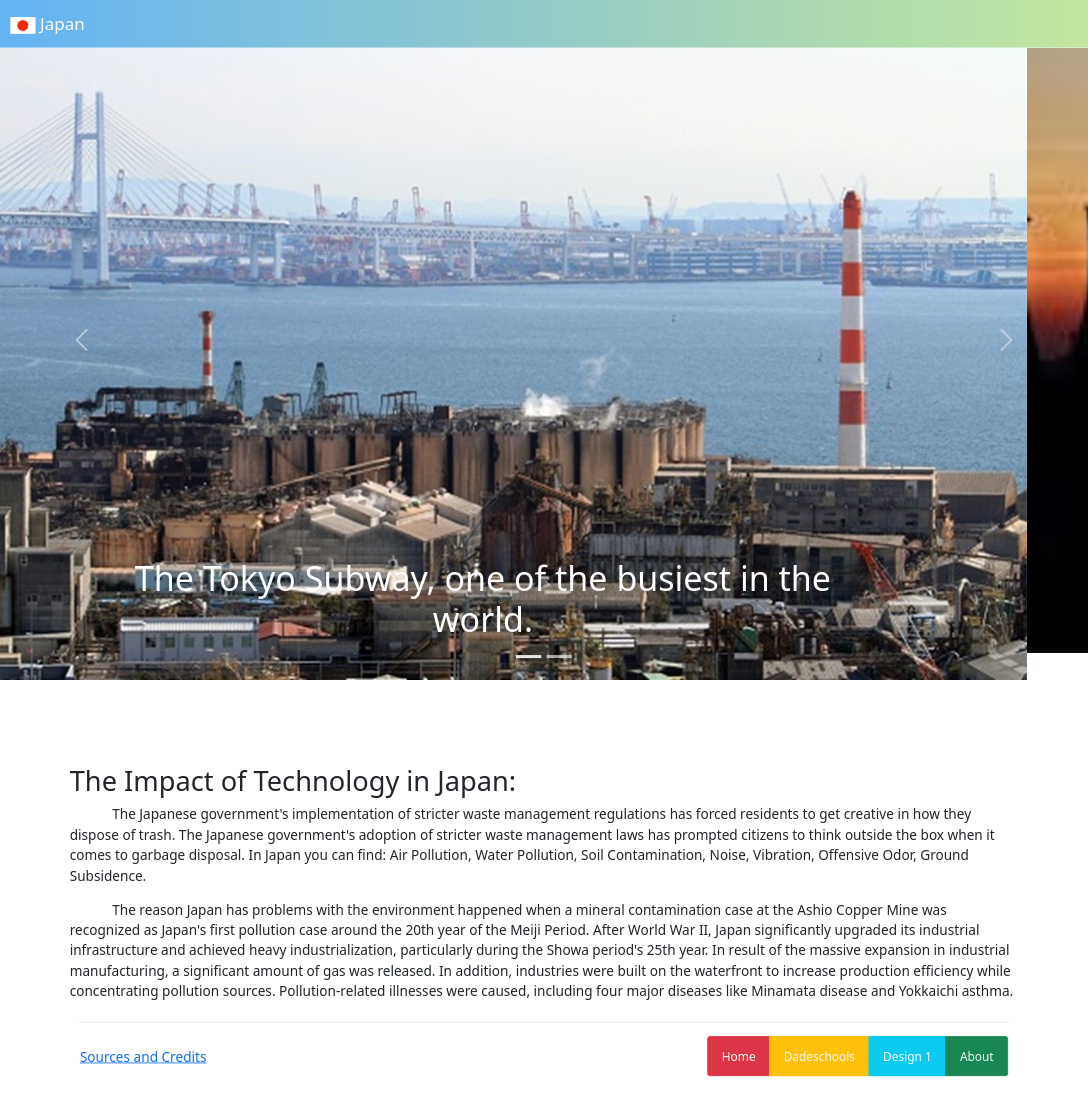
Repository: mrchilliballs/mrchilliballs.github.io
Page: untitled-2.html
These files come from the project's save history. The page is drawn as it stood at one moment and after the next save; the edit follows.
The browser window is 1280 px wide. The pictures show the whole page, at 85% of full size.

Above is the page before, as saved 2021-09-02 18:50:56.

### untitled-2.html
<!DOCTYPE html>
<html lang="en">
<head>
    <meta charset="UTF-8">
    <meta http-equiv="X-UA-Compatible" content="IE=edge">
    <!-- CSS only -->
<link href="https://cdn.jsdelivr.net/npm/bootstrap@5.1.0/dist/css/bootstrap.min.css" rel="stylesheet" integrity="sha384-KyZXEAg3QhqLMpG8r+8fhAXLRk2vvoC2f3B09zVXn8CA5QIVfZOJ3BCsw2P0p/We" crossorigin="anonymous">
    <meta name="viewport" content="width=device-width, initial-scale=1.0">
    <title>Document</title>
    <style>
@keyframes AnimationName {
    0%{background-position:0% 50%}
    50%{background-position:100% 50%}
    100%{background-position:0% 50%}
}
#navabr {
    animation: AnimationName 1s ease infinite !important;
    background: #c2e59c;  /* fallback for old browsers */
    background: -webkit-linear-gradient(to right, #64b3f4, #c2e59c);  /* Chrome 10-25, Safari 5.1-6 */
    background: linear-gradient(to right, #64b3f4, #c2e59c); /* W3C, IE 10+/ Edge, Firefox 16+, Chrome 26+, Opera 12+, Safari 7+ */
}
    </style>
</head>
<body>
    <nav class="navbar navbar-light bg-light fixed-top" id="navabr">
        <div class="container-fluid">
          <a class="navbar-brand" href="#">
            <img src="japan.gif" alt="" width="30" height="20 class="d-inline-block align-text-top">
            <span class="text-light">Japan</span>
          </a>
        </div>
      </nav>
      <div id="carouselExampleIndicators" class="carousel slide" data-bs-ride="carousel">
        <div class="carousel-indicators">
          <button type="button" data-bs-target="#carouselExampleIndicators" data-bs-slide-to="0" class="active" aria-current="true" aria-label="Slide 1"></button>
          <button type="button" data-bs-target="#carouselExampleIndicators" data-bs-slide-to="1" aria-label="Slide 2"></button>
        </div>
        <div class="carousel-inner">
          <div class="carousel-item active">
            <img src="Picture1.jpg" class="d-block w-100" alt="...">
            <div class="carousel-caption d-none d-md-block">
              <h1>The Tokyo Subway, one of the busiest in the world. </h1>
            </div>
          </div>
          <div class="carousel-item">
            <img src="Picture2.jpg" class="d-block w-100" alt="...">
          </div>
        </div>
        <button class="carousel-control-prev" type="button" data-bs-target="#carouselExampleIndicators" data-bs-slide="prev">
          <span class="carousel-control-prev-icon" aria-hidden="true"></span>
          <span class="visually-hidden">Previous</span>
        </button>
        <button class="carousel-control-next" type="button" data-bs-target="#carouselExampleIndicators" data-bs-slide="next">
          <span class="carousel-control-next-icon" aria-hidden="true"></span>
          <span class="visually-hidden">Next</span>
        </button>
      </div>
    <main class="container">
<h2 style="margin-top: 100px;">The Impact of Technology in Japan:</h2>
	<p style="text-indent: 50px;">The Japanese government's implementation of stricter waste management regulations has forced residents to get creative in how they dispose of trash. The Japanese government's adoption of stricter waste management laws has prompted citizens to think outside the box when it comes to garbage disposal. In Japan you can find: Air Pollution, Water Pollution, Soil Contamination, Noise, Vibration, Offensive Odor, Ground Subsidence.
	<br></p><p style="text-indent: 50px;">The reason Japan has problems with the environment happened when a mineral contamination case at the Ashio Copper Mine was recognized as Japan's first pollution case around the 20th year of the Meiji Period. After World War II, Japan significantly upgraded its industrial infrastructure and achieved heavy industrialization, particularly during the Showa period's 25th year. In result of the massive expansion in industrial manufacturing, a significant amount of gas was released. In addition, industries were built on the waterfront to increase production efficiency while concentrating pollution sources. Pollution-related illnesses were caused, including four major diseases like Minamata disease and Yokkaichi asthma.
    </p>
        <div class="container">
            <footer class="d-flex flex-wrap justify-content-between align-items-center py-3 my-4 border-top" style="">
              <div class="dropdown">
                <a class="" href="#" role="button" id="dropdownMenuLink" data-bs-toggle="dropdown" aria-expanded="false">
                  Sources and Credits
                </a>

                <ul class="dropdown-menu" aria-labelledby="dropdownMenuLink">
                  <li><a class="dropdown-item" href="https://www.world-weather-travellers-guide.com/air-pollution-in-japan.htm">Source 1</a></li>
                  <li><a class="dropdown-item" href="https://www.nytimes.com/1964/12/26/archives/tokyo-troubled-by-air-pollution-emphasis-in-smog-control-is-still.html">Source 2</a></li>
                  <li><a class="dropdown-item" href="https://creativecommons.org/licenses/by-nc/2.0/s">Source 3</a></li>
                  <li><a class="dropdown-item" href="https://encyclopedia.1914-1918 online.net/article/science_and_technology_japan ">Source 4</a></li>
                  <li><a class="dropdown-item" href="https://en.wikipedia.org/wiki/Tokyo">Source 5</a></li>
                  <li><a class="dropdown-item" href="https://en.wikipedia.org/wiki/Meiji_Restoration ">Source 6</a></li>
                </ul>
              </div>
              <a href="/" class="col-md-4 d-flex align-items-center justify-content-center mb-3 mb-md-0 me-md-auto link-dark text-decoration-none">
                <svg class="bi me-2" width="40" height="32"><use xlink:href="#bootstrap"></use></svg>
              </a>

              <ul class="nav col-md-4 justify-content-end">
                <div class="btn-group" role="group" aria-label="Basic mixed styles example">
                    <button type="button" class="btn btn-danger btn-sm"><li class="nav-item"><a href="#" class="nav-link px-2 text-light">Home</a></li></button>
                    <button type="button" class="btn btn-warning btn-sm"><li class="nav-item"><a href="https://www3.dadeschools.net" class="nav-link px-2 text-light">Dadeschools</a></li></button>
                    <button type="button" class="btn btn-info btn-sm"><li class="nav-item"><a href="index.html" class="nav-link px-2 text-light">Design 1</a></li></button>
                    <button type="button" class="btn btn-success btn-sm"><li class="nav-item"><a class="nav-link px-2 text-light" href="#" role="button" id="dropdownMenuLink" data-bs-toggle="dropdown" aria-expanded="false">About</a><ul class="dropdown-menu" aria-labelledby="dropdownMenuLink1">
                      <li class="dropdown-item">We made this website using the program language "HTML". It took us a lot of work and we hope we get a good grade on this because we did our best on this website.</li>
                    </ul></li>
                    </button>
                  </div>
              </ul>
            </footer>
          </div>
          <!-- JavaScript Bundle with Popper -->
<script src="https://cdn.jsdelivr.net/npm/bootstrap@5.1.0/dist/js/bootstrap.bundle.min.js" integrity="sha384-U1DAWAznBHeqEIlVSCgzq+c9gqGAJn5c/t99JyeKa9xxaYpSvHU5awsuZVVFIhvj" crossorigin="anonymous"></script>
    </main>
</body>
</html>

After the next save:
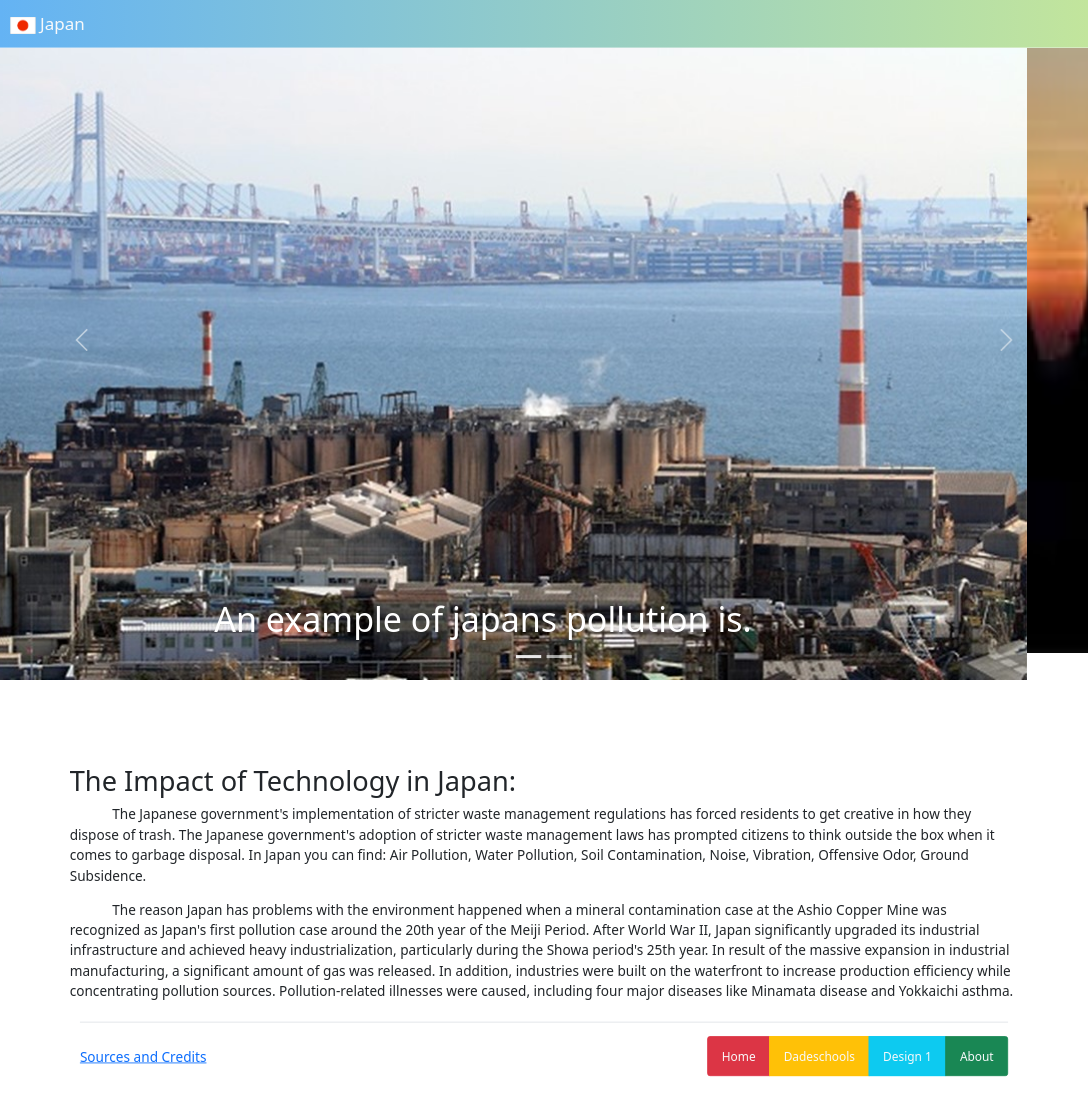
Saved 43 s later.
--- a/untitled-2.html
+++ b/untitled-2.html
@@ -39,7 +39,7 @@
           <div class="carousel-item active">
             <img src="Picture1.jpg" class="d-block w-100" alt="...">
             <div class="carousel-caption d-none d-md-block">
-              <h1>The Tokyo Subway, one of the busiest in the world. </h1>
+              <h1>An example of japans pollution is.</h1>
             </div>
           </div>
           <div class="carousel-item">
